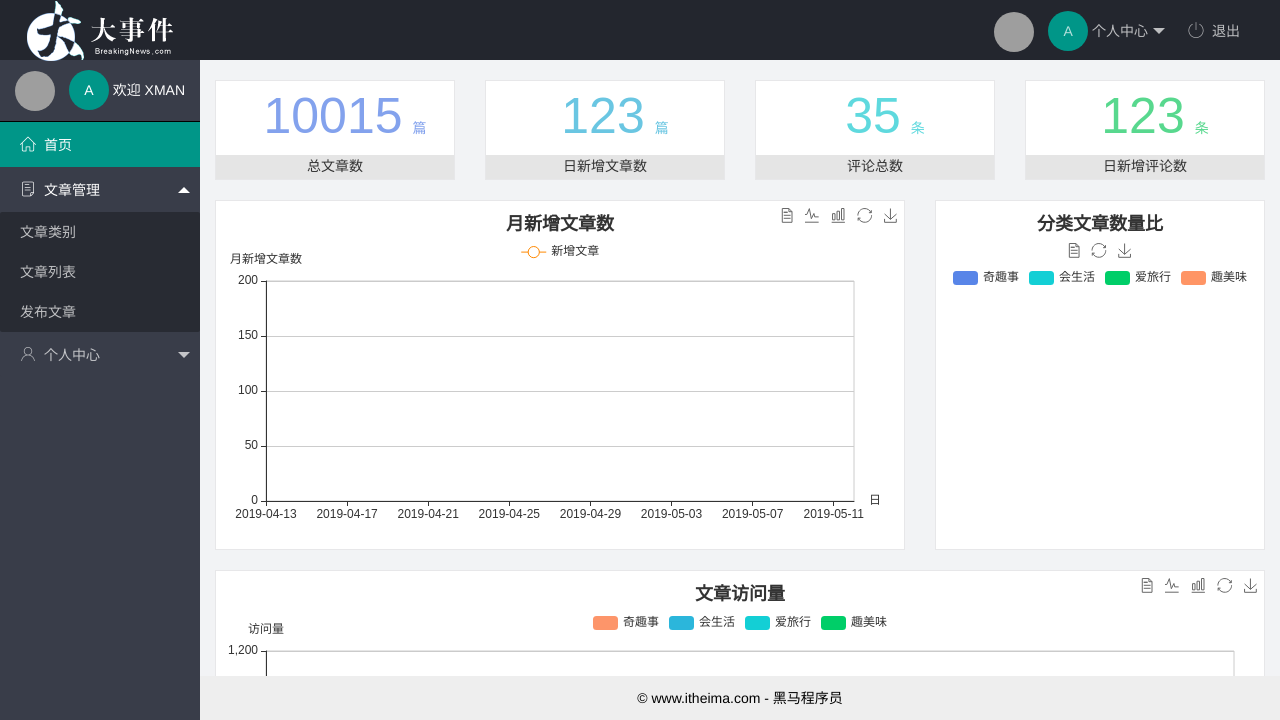
Repository: xxsleep/-
Page: home/index.html
The author's editor kept a copy of each file at every save. The page is drawn from the files as they stood at one save, then again after the next save.
The browser window is 1280 px wide. The pictures show the whole page.
Pictures or frames that could not be fetched are drawn as grey boxes. The page's requests for data from a server got no answer.

Above is the page before, as saved 2020-11-27 16:13:48.
Console error: TypeError: Cannot read properties of undefined (reading 'status')

After the next save:
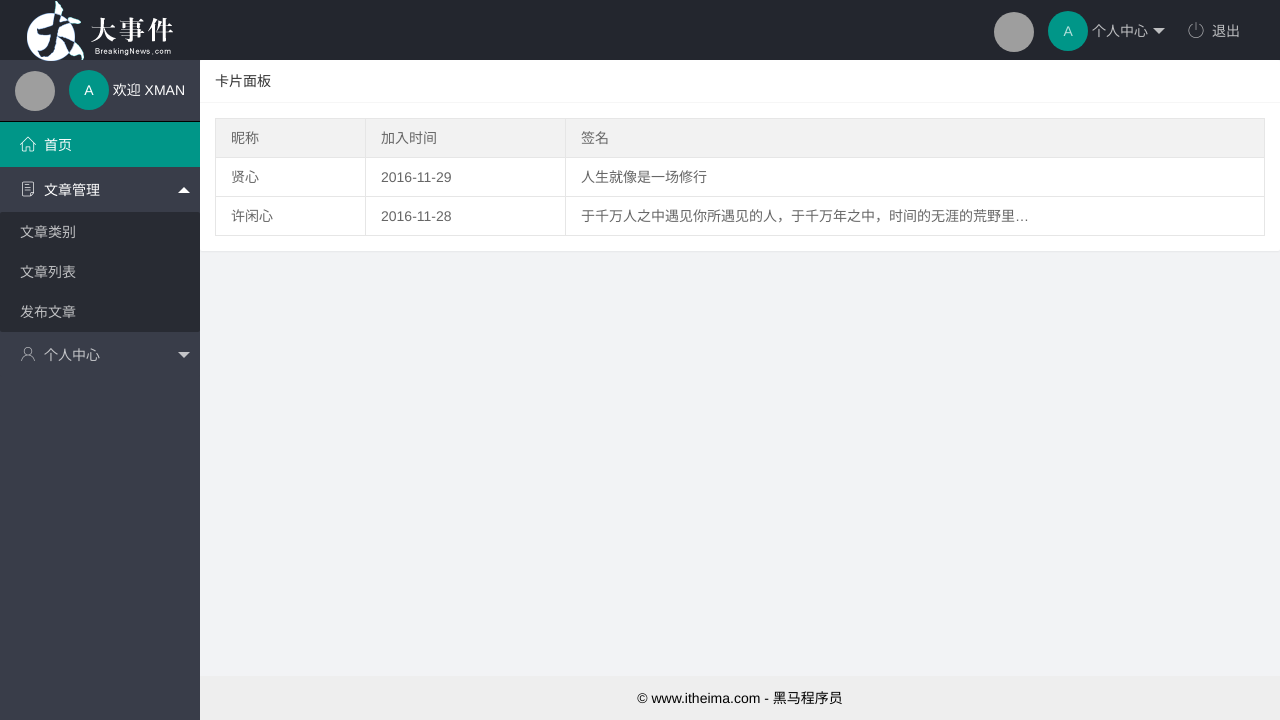
Saved 11 s later.
--- a/home/index.html
+++ b/home/index.html
@@ -70,7 +70,7 @@
 
         <div class="layui-body">
             <!-- 内容主体区域 -->
-            <iframe src="/home/dashboard.html" frameborder="0" name="layBody"></iframe>
+            <iframe src="/home/article/art_cate.html" frameborder="0" name="layBody"></iframe>
         </div>
 
         <div class="layui-footer">
